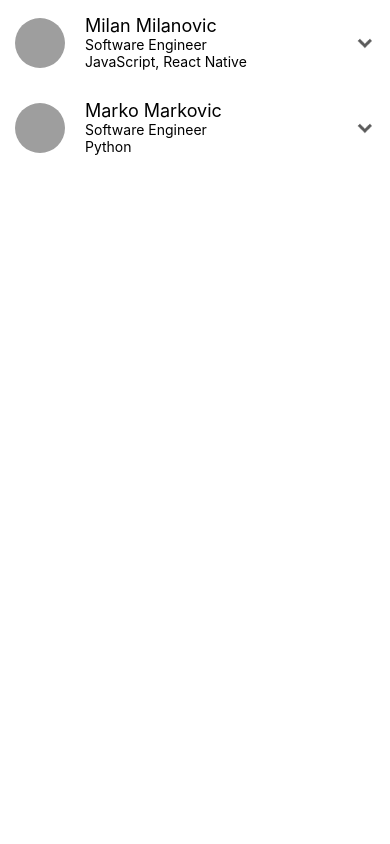
Repository: likanbl/intern-feature
Screen: /
An editor plug-in stored every save of this project. The screen is shown before and after a run of saves, followed by the edit.
Pictures or frames that could not be fetched are drawn as grey boxes. The app was drawn by React Native's web renderer in a window 390 px wide. The project was rebuilt for these pictures with package versions that can differ from the ones it lists, and the page was loaded fresh each time.

Above is the screen before, as saved 2019-09-16 09:36:53.

After the next 2 saves:
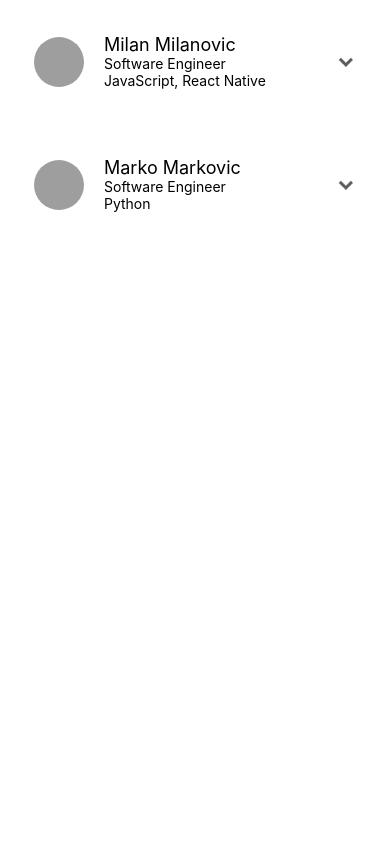
The 2 saves are shown as one change because 1 did not build or start.
The last was saved 43 s later.
--- a/src/components/home/HomeItem.js
+++ b/src/components/home/HomeItem.js
@@ -35,7 +35,7 @@ class HomeItem extends Component {
   render() {
     const {isSelected} = this.state;
     return (
-      <View>
+      <View style={{padding: 19}}>
         <View style={styles.container}>
           <TouchableWithoutFeedback onPress={this.onPress}>
             <View style={styles.titleContainer}>
